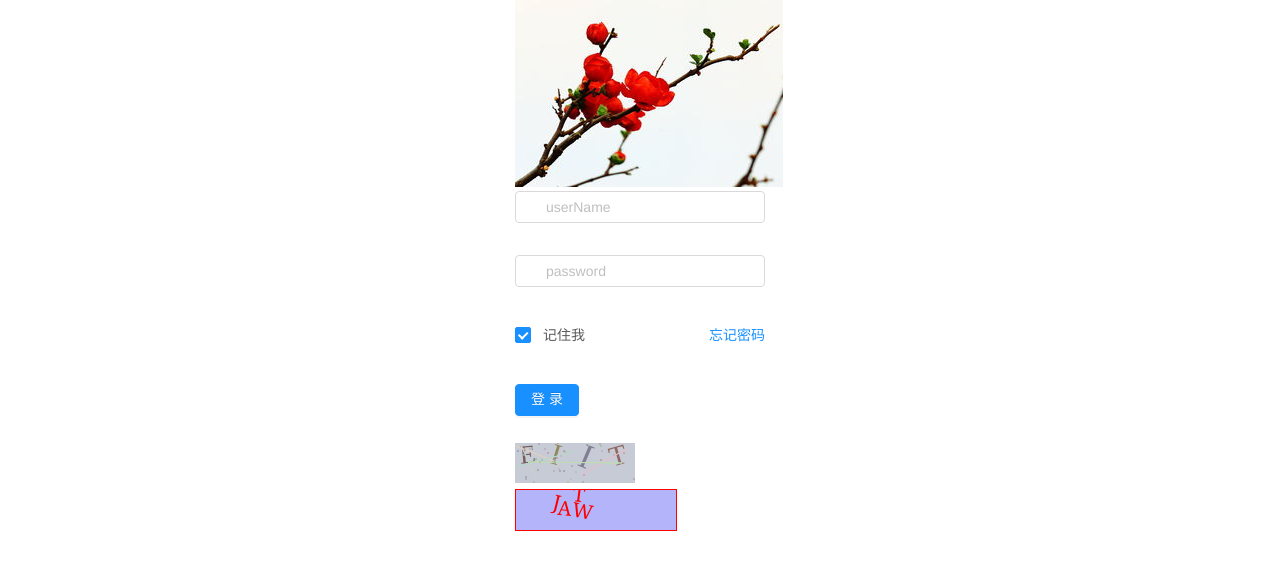
Repository: zhongdm/vue-vuex-antd
Page: /#/login
These files come from the project's save history. The page is drawn as it stood at one moment and after the next save; the edit follows.
The browser window is 1280 px wide. The pictures show the whole page.
The project was rebuilt for these pictures with package versions that can differ from the ones it lists, and the page was loaded fresh each time.

Above is the page before, as saved 2019-03-15 15:24:35.

### index.html
<!DOCTYPE html>
<html>
  <head>
    <meta charset="utf-8">
    <meta name="viewport" content="width=device-width,initial-scale=1.0">
    <title>vue-vuex-antd</title>
  </head>
  <body>
    <div id="app"></div>
    <!-- built files will be auto injected -->
  </body>
</html>

### src/main.js
// The Vue build version to load with the `import` command
// (runtime-only or standalone) has been set in webpack.base.conf with an alias.
import Vue from 'vue'
import App from './App'
import router from './router'
import TestPlugin from './plugins-custom/TestPlugin'
import Antd from 'ant-design-vue'
import 'ant-design-vue/dist/antd.css'

Vue.config.productionTip = false
Vue.use(TestPlugin)
Vue.use(Antd)

/* eslint-disable no-new */
new Vue({
  el: '#app',
  router,
  components: { App },
  template: '<App/>'
})

### src/App.vue
<template>
  <div id="app">
    <router-view/>
  </div>
</template>

<script>
export default {
  name: 'App'
}
</script>

<style>
#app {
  font-family: 'Avenir', Helvetica, Arial, sans-serif;
  -webkit-font-smoothing: antialiased;
  -moz-osx-font-smoothing: grayscale;
  /* text-align: center; */
  color: #2c3e50;
  /* margin-top: 60px; */
}
</style>

### src/router/index.js
import Vue from 'vue'
import Router from 'vue-router'

Vue.use(Router)

const router = new Router({
  routes: [
    {
      path: '/login',
      name: 'Login',
      component: () => import('@/pages/Login')
    },
    {
      path: '/',
      component: () => import('@/pages/MainLayout'),
      children: [
        {
          path: '',
          component: () => import('@/pages/home/Info')
        },
        {
          path: 'settings',
          component: () => import('@/pages/settings/Settings'),
          children: [
            {
              path: '',
              redirect: 'user'
            },
            {
              path: 'user',
              name: 'User',
              component: () => import('@/pages/settings/User')
            },
            {
              path: 'role',
              name: 'Role',
              component: () => import('@/pages/settings/Role')
            }
          ]
        }
      ]
    }
  ]
})

// router.beforeEach((to, from, next) => {
//   console.log(to.path, from)
//   next()
// })
export default router

### src/plugins-custom/TestPlugin.js
let TestPlugin = {}
TestPlugin.install = function (Vue, options) {
  Vue.istest = function () {
    console.log('plugin test success')
  }
  Vue.prototype.logining = function () {
    console.log('loging')
  }
}

export default TestPlugin

### src/pages/Login.vue
<template>
  <div class="form-container">
    <img src="@/assets/images/plum.jpg">
    <a-form>
      <a-form-item>
        <a-input
          placeholder="userName">
          <a-icon slot="prefix" type="user"></a-icon>
        </a-input>
      </a-form-item>
      <a-form-item>
        <a-input
          placeholder="password">
          <a-icon slot="prefix" type="lock"></a-icon>
        </a-input>
      </a-form-item>
      <a-form-item>
        <a-checkbox :checked="isRemember" @change="toggleRemember" class="username-remember">
          记住我
        </a-checkbox>
        <a href="" class="login-password-forgot">忘记密码</a>
      </a-form-item>
      <a-form-item>
        <a-button type="primary" @click="handleLogin">登录</a-button>
      </a-form-item>
    </a-form>
    <ImgVerify @imgCode="imgCode" ref="imgVerify"/>
    <CustomVal />
  </div>
</template>

<script>
export default {
  data () {
    return {
      isRemember: true
    }
  },
  mounted () {
  },
  methods: {
    handleLogin () {
      this.$router.push('/')
    },
    toggleRemember () {
      this.isRemember = !this.isRemember
    },
    imgCode (code) {
      console.log(code)
    },
    handleClick () {
      this.$refs.imgVerify.draw()
    }
  },
  components: {
    ImgVerify: () => import('@/components/ValidationCode'),
    CustomVal: () => import('@/components/CustomValidationCode')
  }
}
</script>

<style lang="stylus" scoped>
  .form-container
    width 250px
    margin 0 auto
    .username-remember
      float left
    .login-password-forgot
      float right
</style>

### src/components/ValidationCode.vue
<template>
  <div class="img-verify">
    <canvas
      ref="verify"
      :width="width"
      :height="height"
      @click="handleDraw"></canvas>
  </div>
</template>

<script type="text/ecmascript-6">
  export default {
    data() {
      return {
        pool: 'ABCDEFGHIJKLMNOPQRSTUVWXYZ1234567890', // 字符串
        width: 120,
        height: 40
      }
    },
    mounted() {
      this.draw()
    },
    methods: {
      // 1.随机数
      randomNum(min, max) {
        return parseInt(Math.random() * (max - min) + min)
      },
      // 2.随机颜色
      randomColor(min, max) {
        const r = this.randomNum(min, max)
        const g = this.randomNum(min, max)
        const b = this.randomNum(min, max)
        return `rgb(${r},${g},${b})`
      },
      // 点击图片重新绘制
      handleDraw() {
        this.draw()
      },
      // 绘制图片
      draw() {
        // 3.填充背景颜色，背景颜色要浅一点
        const ctx = this.$refs.verify.getContext('2d')
        // 填充颜色
        ctx.fillStyle = this.randomColor(180, 230)
        // 填充的位置
        ctx.fillRect(0, 0, this.width, this.height)
        // 定义paramText
        let imgCode = ''
        // 4.随机产生字符串，并且随机旋转
        for (let i = 0; i < 4; i++) {
          // 随机的四个字
          const text = this.pool[this.randomNum(0, this.pool.length)]
          imgCode += text
          // 随机的字体大小
          const fontSize = this.randomNum(18, 40)
          // 字体随机的旋转角度
          const deg = this.randomNum(-30, 30)
          /*
           * 绘制文字并让四个文字在不同的位置显示的思路 :
           * 1、定义字体
           * 2、定义对齐方式
           * 3、填充不同的颜色
           * 4、保存当前的状态（以防止以上的状态受影响）
           * 5、平移translate()
           * 6、旋转 rotate()
           * 7、填充文字
           * 8、restore出栈
           * */
          ctx.font = fontSize + 'px Simhei'
          ctx.textBaseline = 'top'
          ctx.fillStyle = this.randomColor(80, 150)
          /*
           * save() 方法把当前状态的一份拷贝压入到一个保存图像状态的栈中。
           * 这就允许您临时地改变图像状态，
           * 然后，通过调用 restore() 来恢复以前的值。
           * save是入栈，restore是出栈。
           * 用来保存Canvas的状态。save之后，可以调用Canvas的平移、放缩、旋转、错切、裁剪等操作。 restore：用来恢复Canvas之前保存的状态。防止save后对Canvas执行的操作对后续的绘制有影响。
           *
           * */
          ctx.save()
          ctx.translate(30 * i + 15, 15)
          ctx.rotate(deg * Math.PI / 180)
          // fillText() 方法在画布上绘制填色的文本。文本的默认颜色是黑色。
          // 请使用 font 属性来定义字体和字号，并使用 fillStyle 属性以另一种颜色/渐变来渲染文本。
          // context.fillText(text,x,y,maxWidth);
          ctx.fillText(text, -15 + 5, -15)
          ctx.restore()
        }
        // 5.随机产生5条干扰线,干扰线的颜色要浅一点
        for (let i = 0; i < 5; i++) {
          ctx.beginPath()
          ctx.moveTo(this.randomNum(0, this.width), this.randomNum(0, this.height))
          ctx.lineTo(this.randomNum(0, this.width), this.randomNum(0, this.height))
          ctx.strokeStyle = this.randomColor(180, 230)
          ctx.closePath()
          ctx.stroke()
        }
        // 6.随机产生40个干扰的小点
        for (let i = 0; i < 40; i++) {
          ctx.beginPath()
          ctx.arc(this.randomNum(0, this.width), this.randomNum(0, this.height), 1, 0, 2 * Math.PI)
          ctx.closePath()
          ctx.fillStyle = this.randomColor(150, 200)
          ctx.fill()
        }
        // 将生成的四个字传递给父组件
        this.$emit('imgCode', imgCode)
      }
    }
  }
</script>
<style type="text/css">
  .img-verify canvas {
    cursor: pointer;
  }
</style>

### src/components/CustomValidationCode.vue
<template>
  <div>
    <canvas @click="handleCanvasClick" id="canvas"
    width="160" height="40">

    </canvas>
  </div>
</template>

<script>
export default {
  name: 'ValidationCode',
  data () {
    return {
      baseData: 'ABCDEFGHIJKLMNOPQRSTUWVXYZ'
    }
  },
  mounted () {
    this.draw()
  },
  methods: {
    draw () {
      let canvas = document.getElementById('canvas')
      let cxt = canvas.getContext('2d')
      cxt.clearRect(0, 0, 160, 40)
      cxt.font = "20px Georgia"
      /**
       * 随机的位置
       * 随机的文本text
       * 随机的旋转角度
       * 随机的字体大小和颜色
       */

      /**
       * 随机填充的数字和字母
       * Math.random() * 26 + 65
       */
      // let text = String.fromCharCode(this.getIntRandom(26, 'A'.charCodeAt()))
      // cxt.rotate(this.getIntRandom(30) * Math.PI / 180)
      // cxt.fillText(text, 60, 20)
      let r = 180
      let g = 180
      let b = 250
      cxt.fillStyle = `rgb(${r},${g},${b})`
      cxt.fillRect(0, 0, 160, 40)
      for (let i = 0; i < 4; i++) {
        // cxt.save()
        let text = String.fromCharCode(this.getIntRandom(26, 'A'.charCodeAt()))
        let angle = this.getIntRandom(20, -10)
        let pointX = this.getIntRandom(100, angle > 0 ? 30 : 0)
        let pointY = this.getIntRandom(20, angle > 0 ? 0 : 20)
        console.log(text, angle, pointX, pointY)
        // cxt.translate(pointX, pointY)
        cxt.rotate(angle * Math.PI / 180)
        cxt.fillStyle = "red"
        cxt.fillText(text, pointX, pointY)
        // cxt.restore()
      }
    },
    getIntRandom (len, start = 0) {
      return Math.floor(Math.random() * (len)) + start
    },
    randomColor () {
      return `rgb()`
    },
    handleCanvasClick () {
      console.log('clicked')
      this.draw()
    }
  }
}
</script>

<style lang="stylus" scoped>
#canvas {
  // width 160px
  // height 40px
  border 1px solid red
}
</style>

After the next save:
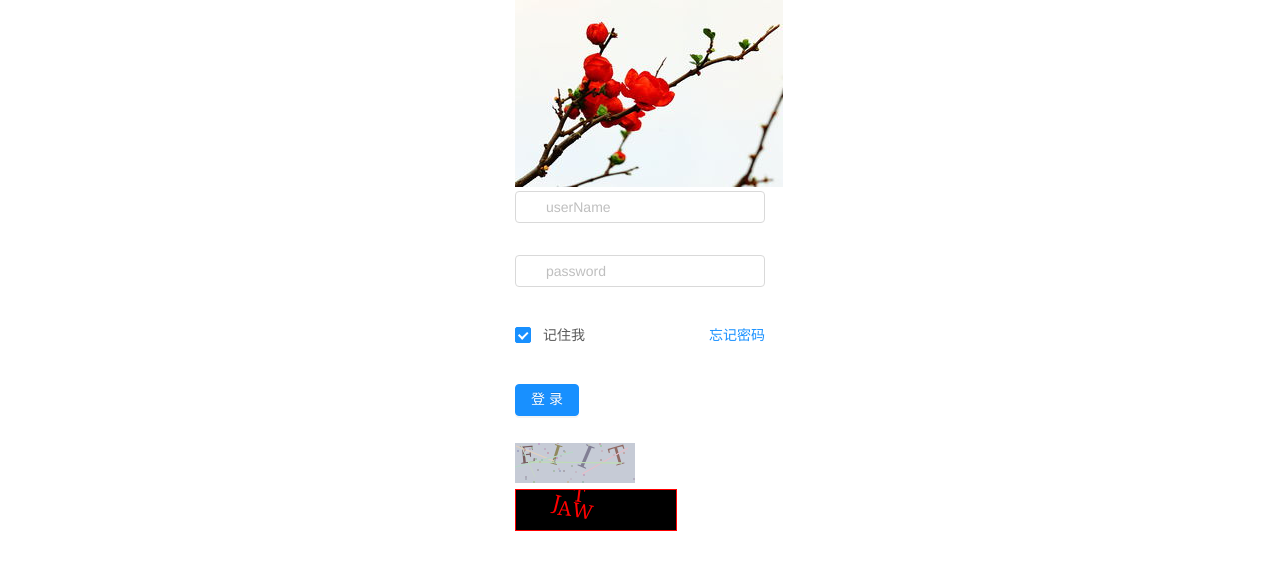
Saved 48 s later.
--- a/src/components/CustomValidationCode.vue
+++ b/src/components/CustomValidationCode.vue
@@ -38,10 +38,10 @@ export default {
       // let text = String.fromCharCode(this.getIntRandom(26, 'A'.charCodeAt()))
       // cxt.rotate(this.getIntRandom(30) * Math.PI / 180)
       // cxt.fillText(text, 60, 20)
-      let r = 180
-      let g = 180
-      let b = 250
-      cxt.fillStyle = `rgb(${r},${g},${b})`
+      /**
+       * 随机编辑颜色
+       */
+      cxt.fillStyle = this.randomColor()
       cxt.fillRect(0, 0, 160, 40)
       for (let i = 0; i < 4; i++) {
         // cxt.save()
